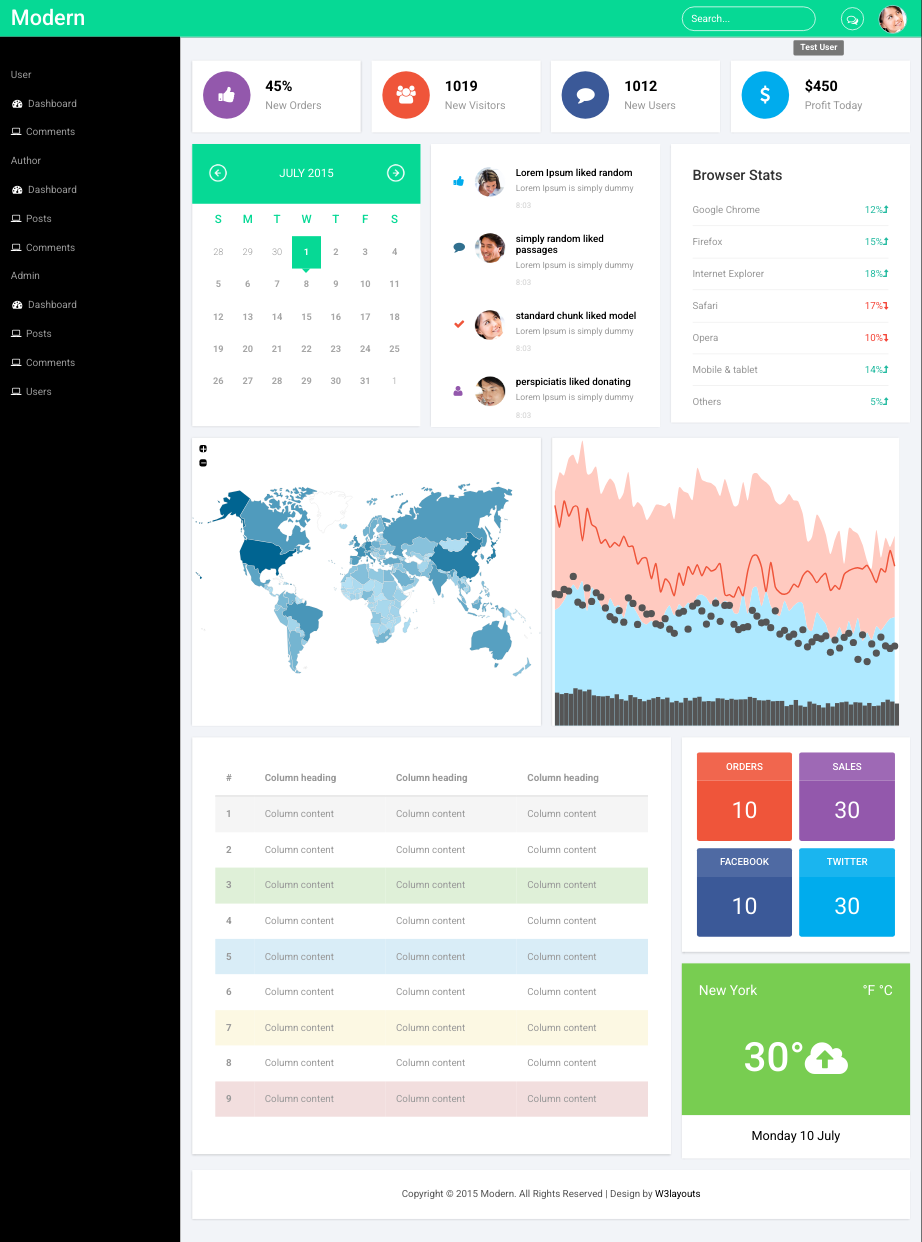
Repository: NomanMustafa/laravel-blog
Page: http://localhost/dashboard
These files come from the project's save history. The page is drawn as it stood at one moment and after the next save; the edit follows.
The browser window is 1280 px wide. The pictures show the whole page, at 72% of full size.
The page is served by the project's Laravel application, run on PHP 8.4 with Laravel 8. A made-up administrator, Test User (test@example.com), is signed in.

Above is the page before, as saved 2020-07-06 00:31:15.

After the next save:
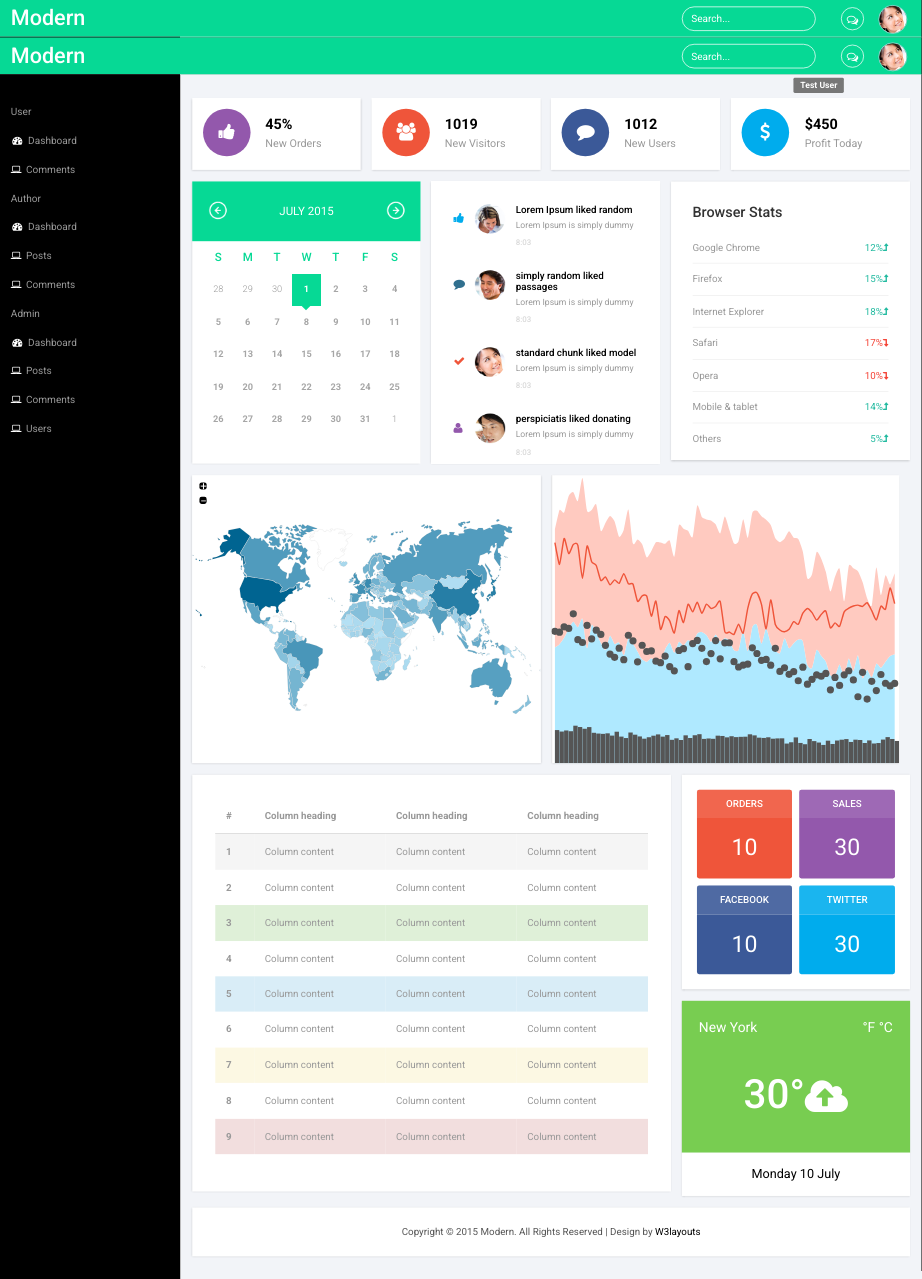
Saved 5 min 28 s later.
--- a/resources/views/layouts/admin.blade.php
+++ b/resources/views/layouts/admin.blade.php
@@ -35,6 +35,12 @@ Smartphone Compatible web template, free webdesigns for Nokia, Samsung, LG, Sony
 <script src="{{ asset('admin/assets/js/rickshaw.js') }}"></script>
 </head>
 <body>
+<div id="wrapper">
+     <!-- Navigation -->
+       <nav class="top1 navbar navbar-default navbar-static-top" role="navigation" style="margin-bottom: 0">
+            @include('includes.admin.headerNavigation')
+            @include('includes.admin.sideBar')
+                 </nav>
 @yield('content')
 <script>
 

After the save that followed:
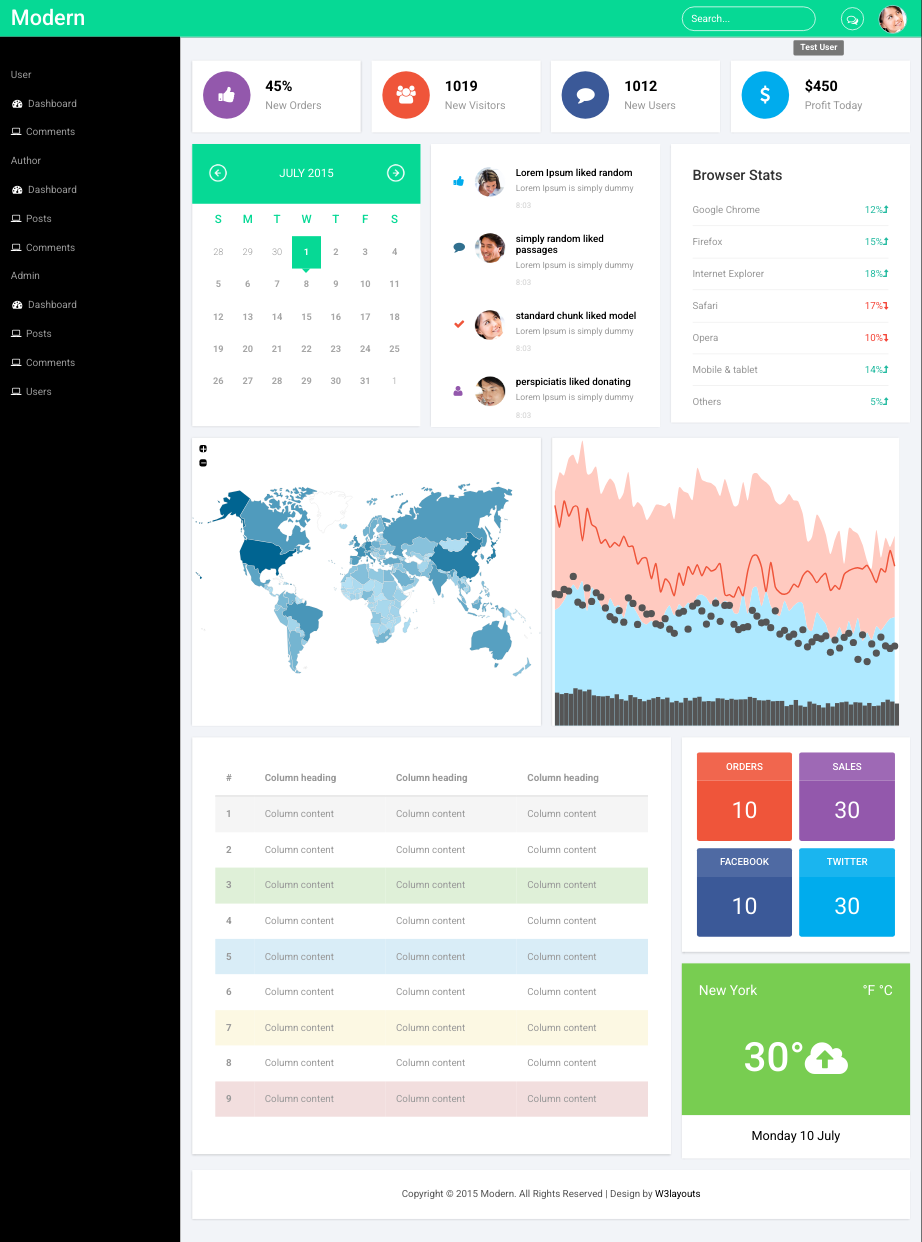
Saved 113 s later.
--- a/resources/views/dashboard.blade.php
+++ b/resources/views/dashboard.blade.php
@@ -2,12 +2,7 @@
 
 @section('content')
 
-<div id="wrapper">
-     <!-- Navigation -->
-       <nav class="top1 navbar navbar-default navbar-static-top" role="navigation" style="margin-bottom: 0">
-            @include('includes.admin.headerNavigation')
-            @include('includes.admin.sideBar')
-                 </nav>
+
         <div id="page-wrapper">
         <div class="graphs">
      	<div class="col_3">
